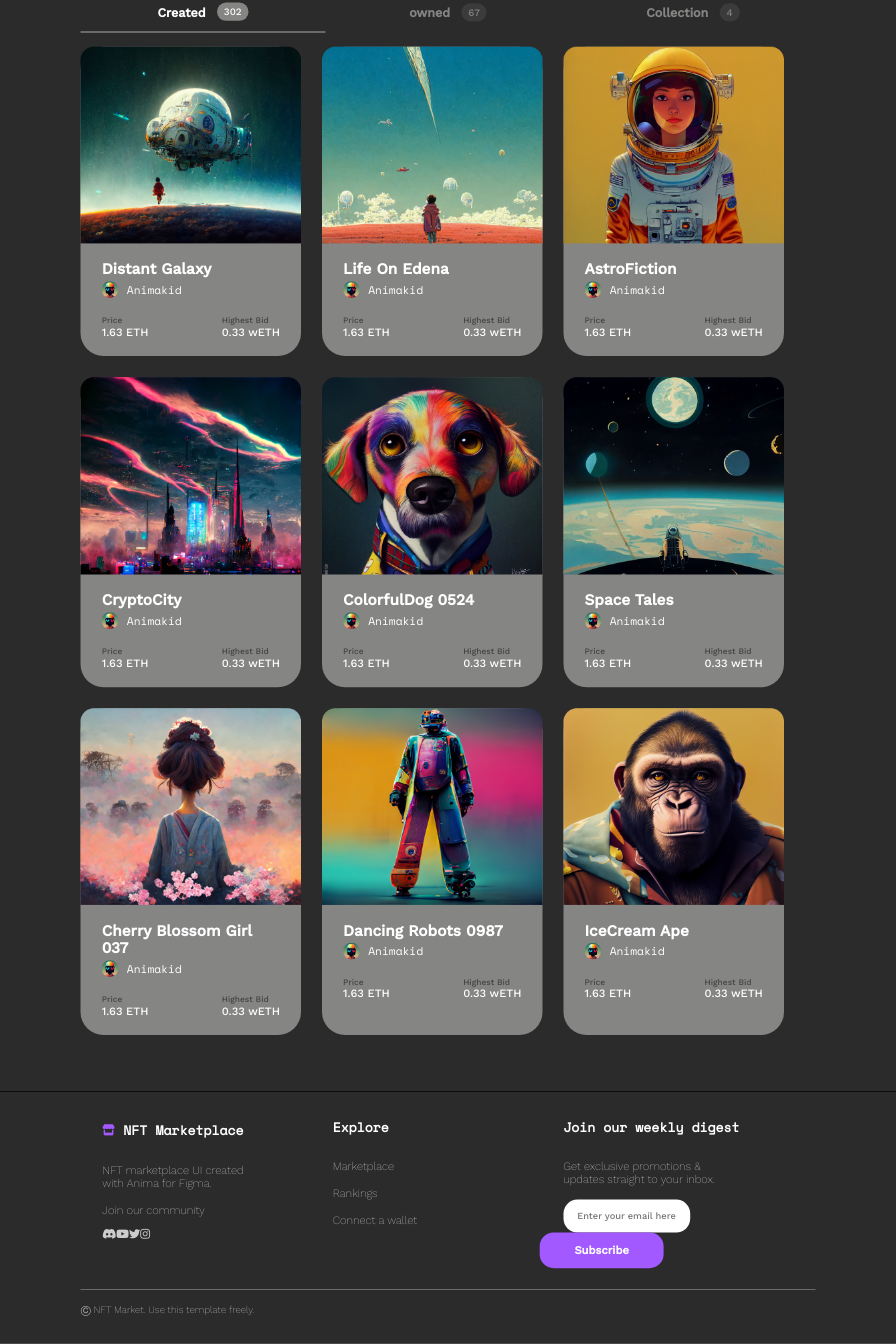
Repository: levananh202ht/NFT_Marketplace
Page: index.html
An editor plug-in stored every save of this project. The page is shown before and after the next save, followed by the edit.
The browser window is 1280 px wide. The pictures show the part of the page from y = 884 to 2804 px (the page is 2804 px tall before and 2765 px after), at 70% of full size.

Above is the page before, as saved 2023-12-11 02:30:16.

After the next save:
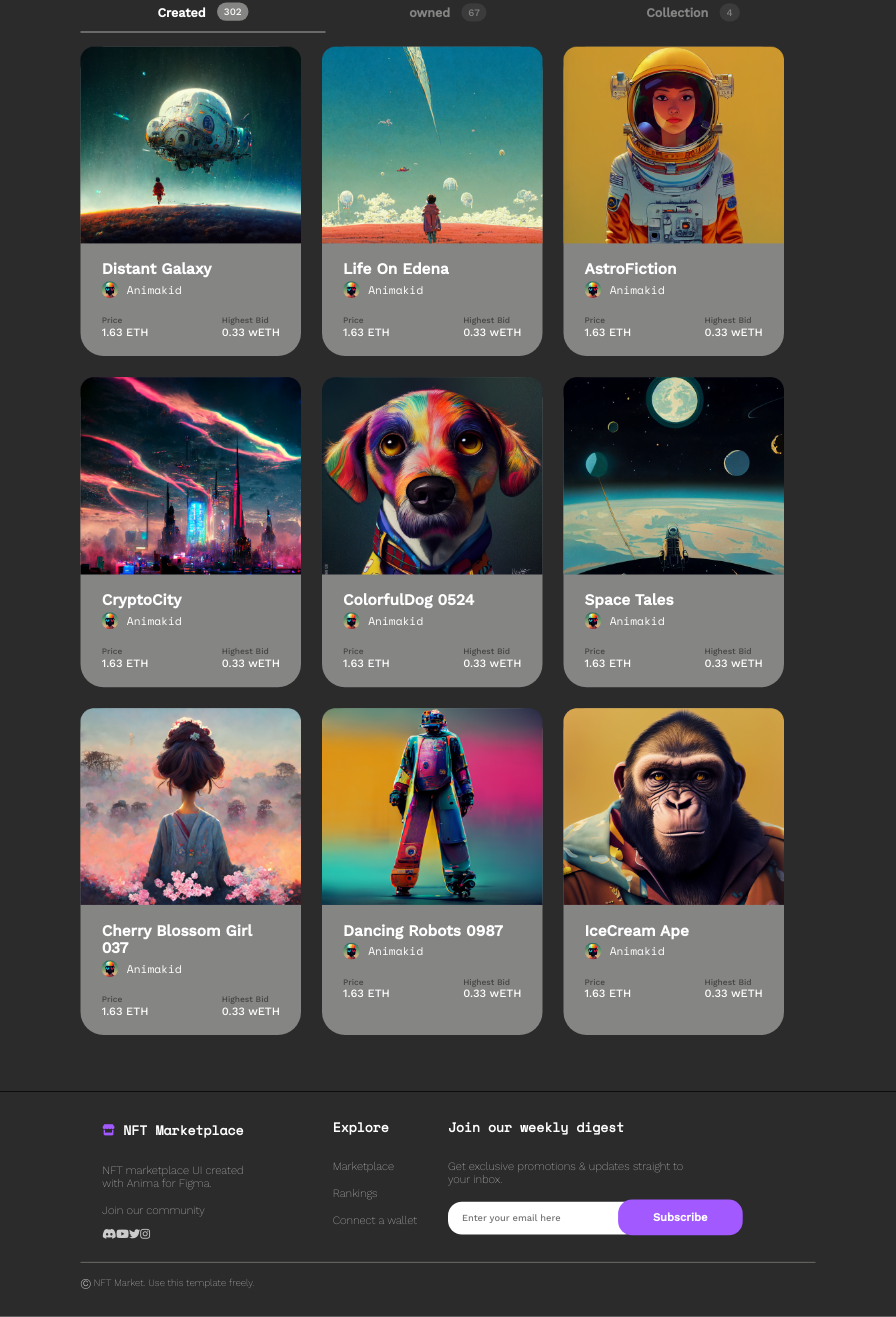
Saved 52 s later.
--- a/index.css
+++ b/index.css
@@ -301,7 +301,7 @@
 .nft_footer .nft_footer-info .nft_footer-info-item2 {
     color: #CCC;
     width: 30%;
-    flex: 2;
+    flex: 1;
 }
 .nft_footer .nft_footer-info .nft_footer-info-item2 h3 {
     font-style: normal;
@@ -319,7 +319,7 @@
     padding-bottom: 20px;
 }
 .nft_footer .nft_footer-info .nft_footer-info-item3 {
-    flex: 2;
+    flex: 3;
 }
 .nft_footer .nft_footer-info .nft_footer-info-item3 h3 {
     font-style: normal;
